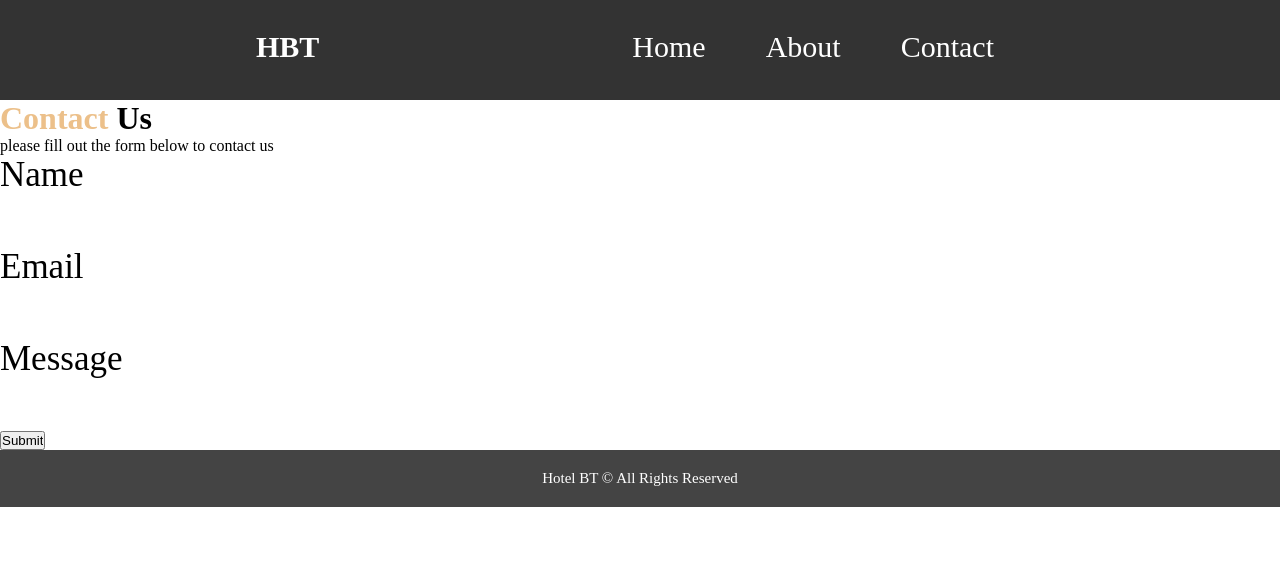
Repository: reemoon-ctrl/hotel-website
Page: 35 - hotel-website/contact.html
An editor plug-in stored every save of this project. The page is shown before and after a run of saves, followed by the edit.
The browser window is 1280 px wide. The pictures show the whole page.

Above is the page before, as saved 2024-07-22 09:36:07.

After the next 2 saves:
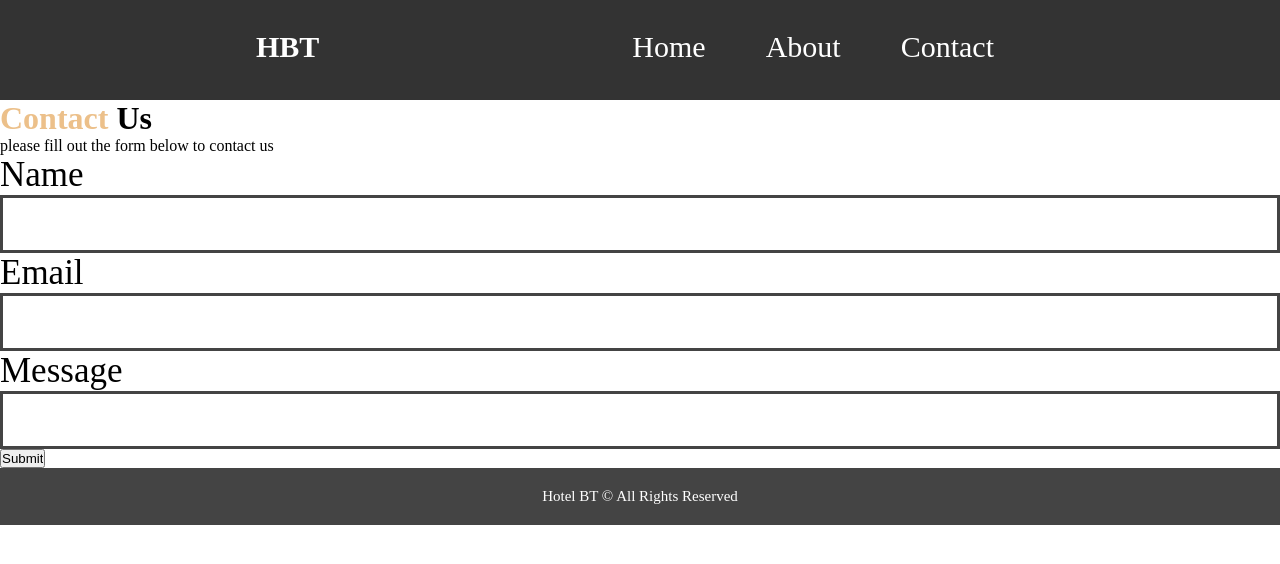
The 2 saves are shown as one change because they came seconds apart.
The last was saved 7 s later.
--- a/35 - hotel-website/index.css
+++ b/35 - hotel-website/index.css
@@ -281,7 +281,7 @@ color: #333333;
     width:100%;
     padding:10px;
     font-size: 28px;
-    border:#444444;
+    border:#444444 solid ;
 
 }
 .form-label{
